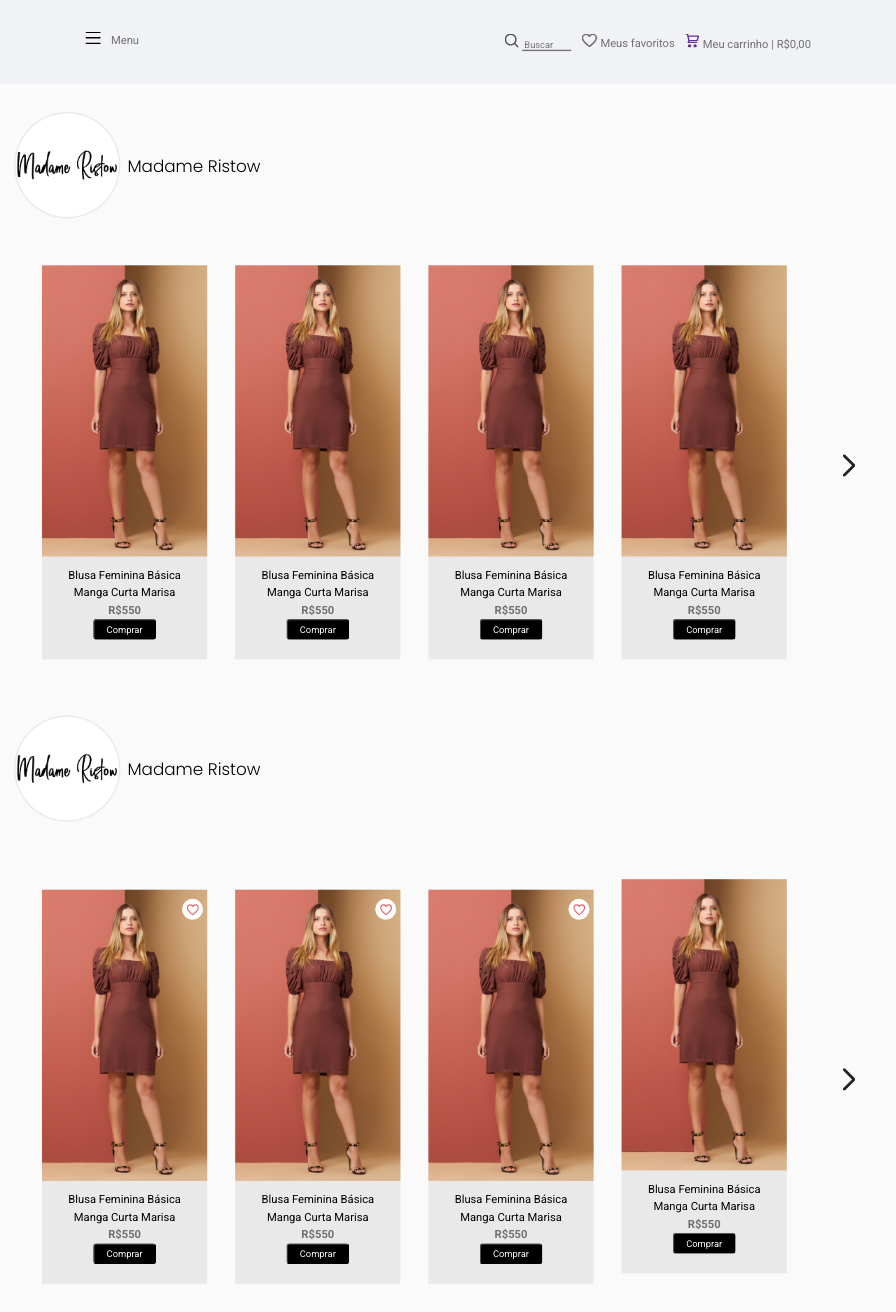
Repository: gutobarbosa/FrontEndLojaVirtual
Page: /
These files come from the project's save history. The page is drawn as it stood at one moment and after the next save; the edit follows.
The browser window is 1280 px wide. The pictures show the whole page, at 70% of full size.
The project was rebuilt for these pictures with package versions that can differ from the ones it lists, and the page was loaded fresh each time. Also part of the build but not shown: src/pages/Repository/styles.ts, src/services/api.ts, src/pages/Repository/index.tsx.

Above is the page before, as saved 2020-11-22 00:11:47.

### public/index.html
<!DOCTYPE html>
<html lang="en">
  <head>
    <meta charset="utf-8" />
    <meta name="viewport" content="width=device-width, initial-scale=1" />
    <meta name="theme-color" content="#000000" />

    <title></title>
    <link href="https://fonts.googleapis.com/css2?family=Roboto:wght@400;700&display=swap" rel="stylesheet">
    <link rel="preconnect" href="https://fonts.gstatic.com">
    <link rel="preconnect" href="https://fonts.gstatic.com">
<link href="https://fonts.googleapis.com/css2?family=Poppins:ital,wght@0,300;0,400;1,200&display=swap" rel="stylesheet">
</head>
  <body>
    <noscript>You need to enable JavaScript to run this app.</noscript>
    <div id="root"></div>

  </body>
</html>

### src/App.tsx
import React from 'react';
import { BrowserRouter as Router } from 'react-router-dom';

import Routes from './routes';

import GlobalStyle from '../src/styles/global';

const App: React.FC = () => (
  <>
    <GlobalStyle />
    <Router>
      <Routes />
    </Router>
  </>
);

export default App;

### src/routes/index.tsx
import React from 'react';
import {Switch, Route} from 'react-router-dom';

import Dashboard from '../pages/Dashboard';
import Repository from '../pages/Repository';

// rota da url, nesse caso a nossa rota atual é a raiz então vai apenas a / e o componente é que sera acessado através desse endereço url
const Routes: React.FC = () =>{
    return (
        <Switch>
            <Route path="/" exact component={Dashboard} />
            <Route path="/repositories/:repository+" component={Repository} />
        </Switch>
    );
}

export default Routes;

### src/styles/global.ts
import { createGlobalStyle } from 'styled-components';

export default createGlobalStyle`
  * {
    margin: 0;
    padding: 0;
    outline: 0;
    box-sizing: border-box;
  }

  body {
    background: #FAFAFA ;
    -webkit-font-smoothing: antialiased

  }

  body, input, button {
    font-family: 'Roboto', sans-serif;
    max-width: 1500vw;
  }

  button {
    cursor: pointer;
  }
`;

### src/pages/Dashboard/index.tsx
/* eslint-disable no-undef */

import React from "react";
import { Container, ContainerProducts } from "./styles";
import lefticon from '../../assets/avatar 152 x 152px.png';
import productimage from '../../assets/image-product.png';
import arrownext from '../../assets/arrowNext.svg';
import iconheart from '../../assets/iconHeart.svg';

import Header from '../../components/Header';

//import { Container, CardContainer, Card, TableContainer } from './styles';

const Dashboard: React.FC = () => {

  return (
    <>
    <Header/>
    <Container>
    <img src={lefticon} alt="Hamburguer" />
    <h3>Madame Ristow</h3>
    </Container>
    <ContainerProducts>
        <div className="productBox">
            <div className="productImage">
            <img src={productimage} alt="Product" />
            </div>
            <div className="productinformation">
            <p>Blusa Feminina Básica Manga Curta Marisa<br/></p>
                <p className ="bold">R$550 <br/></p>
                <div className="buttonBuy">
                    <button>Comprar</button>
                </div>
            </div>
        </div>
        <div className="productBox">
            <div className="productImage">
            <img src={productimage} alt="Product" />
            </div>
            <div className="productinformation">
            <p>Blusa Feminina Básica Manga Curta Marisa<br/></p>
                <p className ="bold">R$550 <br/></p>
                <div className="buttonBuy">
                    <button>Comprar</button>
                </div>
            </div>
        </div>
        <div className="productBox">
            <div className="productImage">
            <img src={productimage} alt="Product" />
            </div>
            <div className="productinformation">
            <p>Blusa Feminina Básica Manga Curta Marisa<br/></p>
                <p className ="bold">R$550 <br/></p>
                <div className="buttonBuy">
                    <button>Comprar</button>
                </div>
            </div>
        </div>
        <div className="productBox">
            <div className="productImage">
            <div>
            <img src={productimage} alt="Product" />
            </div>

            </div>
            <div className="productinformation">
                <p>Blusa Feminina Básica Manga Curta Marisa<br/></p>
                <p className ="bold">R$550 <br/></p>
                <div className="buttonBuy">
                    <button>Comprar</button>
                </div>
            </div>
        </div>
        <div className="arrowNext">
            <img src={arrownext} alt="arrownext" />
        </div>
    </ContainerProducts>

    <Container>
    <img src={lefticon} alt="Hamburguer" />
    <h3>Madame Ristow</h3>
    </Container>
    <ContainerProducts>
        <div className="containerBox">
            <div className="heart">
                <img src={iconheart} alt="Product" />
            </div>
            <div className="productBox">
                <div className="productImage">
                <img src={productimage} alt="Product" />
                </div>
                <div className="productinformation">
                <p>Blusa Feminina Básica Manga Curta Marisa<br/></p>
                    <p className ="bold">R$550 <br/></p>
                    <div className="buttonBuy">
                        <button>Comprar</button>
                    </div>
                </div>
            </div>
        </div>
        <div className="containerBox">
            <div className="heart">
                <img src={iconheart} alt="Product" />
            </div>
            <div className="productBox">
                <div className="productImage">
                <img src={productimage} alt="Product" />
                </div>
                <div className="productinformation">
                <p>Blusa Feminina Básica Manga Curta Marisa<br/></p>
                    <p className ="bold">R$550 <br/></p>
                    <div className="buttonBuy">
                        <button>Comprar</button>
                    </div>
                </div>
            </div>
        </div>
        <div className="containerBox">
            <div className="heart">
                <img src={iconheart} alt="Product" />
            </div>
            <div className="productBox">
                <div className="productImage">
                <img src={productimage} alt="Product" />
                </div>
                <div className="productinformation">
                <p>Blusa Feminina Básica Manga Curta Marisa<br/></p>
                    <p className ="bold">R$550 <br/></p>
                    <div className="buttonBuy">
                        <button>Comprar</button>
                    </div>
                </div>
            </div>
        </div>
        <div className="productBox">
            <div className="productImage">
            <div>
            <img src={productimage} alt="Product" />
            </div>

            </div>
            <div className="productinformation">
                <p>Blusa Feminina Básica Manga Curta Marisa<br/></p>
                <p className ="bold">R$550 <br/></p>
                <div className="buttonBuy">
                    <button>Comprar</button>
                </div>
            </div>
        </div>
        <div className="arrowNext">
            <img src={arrownext} alt="arrownext" />
        </div>
    </ContainerProducts>
    </>
  );
};

export default Dashboard;

### src/pages/Dashboard/styles.ts
import styled from 'styled-components';
/*
interface CardProps {
  total?: boolean;
}*/

export const Container = styled.div`
  width: 100%;
  max-width: 1600px;
  margin: 0 auto;
  padding: 40px 20px;
  display: flex;
  align-items: center;


    img {
        justify-content: flex-start;
    }

    h3 {
        color: black;
        margin-left: 10px;
        font-family: 'Poppins', sans-serif;
        font-size: 24px;
        font-weight: 300;
    }
`;
export const ContainerProducts = styled.div`
width: 100%;
max-width: 1600px;
margin: 0 auto;
padding: 40px 20px;
display: flex;
align-items: center;

    .heart {
        width: 30px;
        height: 30px;
        background-color: white;
        border-radius: 15px;
        position: relative;
        right: -240px;
        top: 30px;
        align-items: center;
        cursor: pointer;
    }
    .heart img {
        align-items: center;
        width: 17px;
        height: 17px;
        margin: 0 auto;
        position: relative;
        top: 7px;
        left: 7px;
    }
    .productBox {
        width: 236px;
        height: 550px;
        margin-left: 40px;
        background: #E9E9E9;
    }
    .productinformation {
        max-width: 250px;
        max-height: 150px;
    }
    .productImage{
        max-width: 236px;
        max-height: 416px;
    }
    .productImage img {
        width: 100%;
        height: 416px;
        margin-top: -13px;
    }

    .arrowNext {
        margin-left: 80px;
    }
    .productinformation{
        width: 200px;
        size: 20px;
        justify-content: center;
        margin: 0 auto;
        margin-top: 10px;
    }
    .productinformation p{
        text-align: center;
        line-height: 25px;
    }
    .buttonBuy {
        width: 100%;
        margin: 0 auto;
        text-align: center;
    }
    .productinformation button{
        background: black;
        color: white;
        width: 90px;
        height: 30px;
        border-radius: 5px;
        cursor: pointer;
    }

    .bold{
        color: #707070;
        font-weight: bold;
    }


`;

### src/components/Header/index.tsx
import React from 'react';

//import { Link } from 'react-router-dom';
import hamburguerBars from '../../assets/hamburguer.svg';
import searchicon from '../../assets/searchIcon.svg';
import favoriteicon from '../../assets/favoriteIcon.svg';
import mycaricon from '../../assets/mycarIcon.svg'
import { Container, ContainerHeader, ContentLeft, ContentRight } from '../Header/styles';




const Header: React.FC = () => (
  <Container>
    <ContainerHeader>
    <header>
      <ContentLeft>
        <div className="menuTotal">
          <img src={hamburguerBars} alt="Hamburguer" />
          <span className="menu">Menu</span>
        </div>
      </ContentLeft>
      <ContentRight>
        <div className="searchTotal">
          <img src={searchicon} alt="Hamburguer" />
          <input placeholder=" Buscar" type="text"/>
        </div>
        <div className="favoritesTotal">
          <img src={favoriteicon} alt="Favorite" />
          <span>Meus favoritos</span>
        </div>
        <div className="MycarTotal">
          <img src={mycaricon} alt="Mycar" />
          <span>Meu carrinho | R$0,00</span>
        </div>
      </ContentRight>
    </header>
    </ContainerHeader>
  </Container>
);

export default Header;

### src/components/Header/styles.ts
import styled from 'styled-components';
/*
interface ContainerProps {
  size?: 'small' | 'large';
}*/

export const Container = styled.div`
  background: #F0F2F5;
  padding: 30px;
  width: 100%;

  header {
    height: 60px;
    margin: 0 auto;
    display: flex;
    align-items: center;
    justify-content: space-between;
  }

  span {
    color: #707070;
    text-align: left;
    opacity: 1;
    margin-left: 25px;
    cursor: pointer;
  }
  .menu{
    margin-left: 10px;

  }
  input {
    border-left: 0px solid black;
    border-right: 0px solid black;
    border-top: 0px solid black;
    width: 70px;
    background: #F0F2F5;
  }

   img {
    margin-right: 5px;
   }

   .menuTotal{
     width:100px;
     height:30px;
     cursor:pointer;
   }

   .menuTotal:hover{
    opacity: 0.5;
  }
`;

export const ContainerHeader = styled.div`
width: 85%;
margin: 0 auto;
`;


export const ContentLeft = styled.div`

`;

export const ContentRight = styled.div`
  display: flex;
  margin-left: 20px;
  .favoritesTotal img {
        margin-right: -20px;
        margin-left: 15px
    }

    .favoritesTotal:hover{
        cursor:pointer;
        opacity: 0.7;
    }

    .MycarTotal img {
        margin-right: -20px;
        margin-left: 15px
    }

    .MycarTotal:hover{
        cursor:pointer;
        opacity: 0.7;
    }


`;

Loaded but not shown: src/index.tsx (common file)

After the next save:
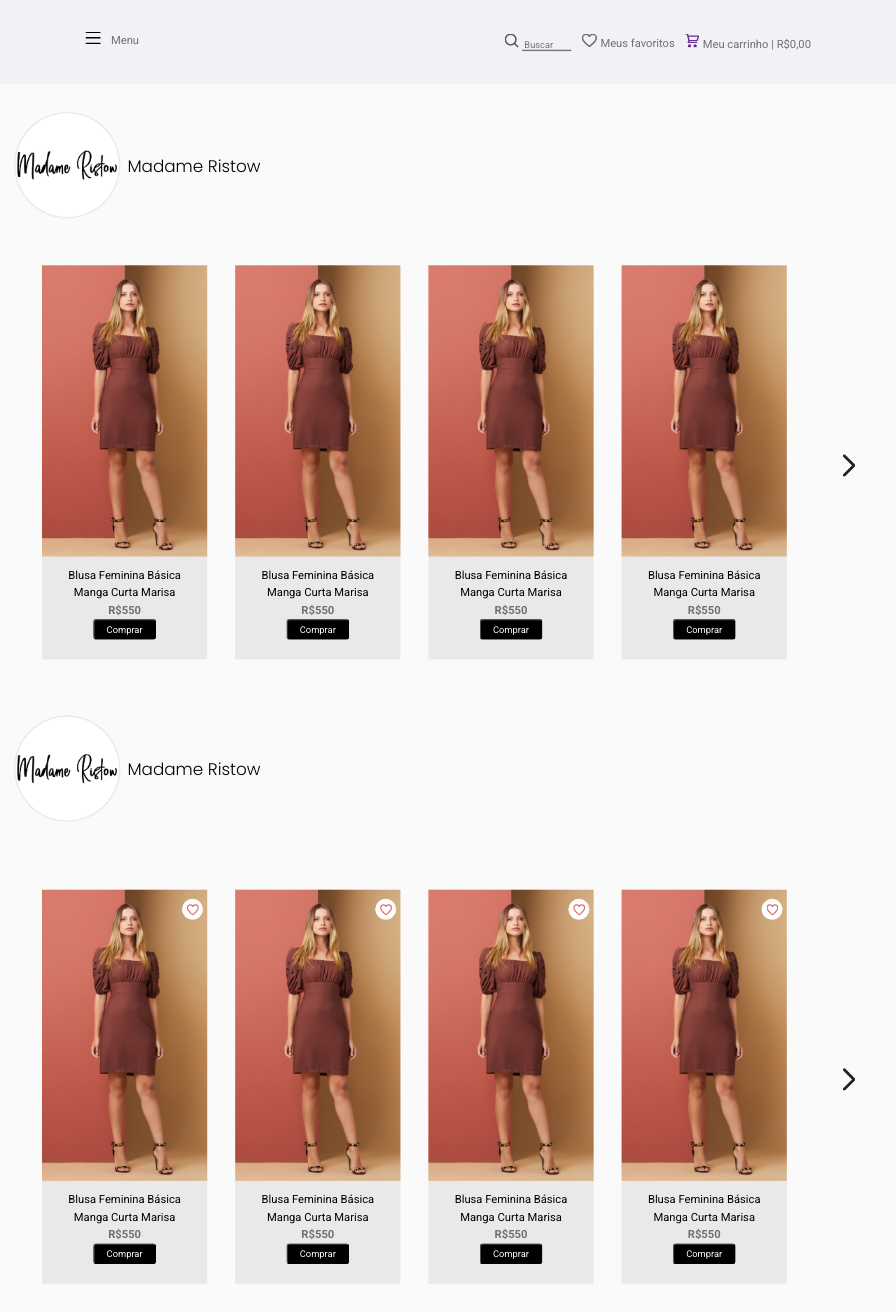
Saved 108 s later.
--- a/src/pages/Dashboard/index.tsx
+++ b/src/pages/Dashboard/index.tsx
@@ -133,18 +133,24 @@
                 </div>
             </div>
         </div>
-        <div className="productBox">
-            <div className="productImage">
-            <div>
-            <img src={productimage} alt="Product" />
+
+        <div className="containerBox">
+            <div className="heart">
+                <img src={iconheart} alt="Product" />
             </div>
+            <div className="productBox">
+                <div className="productImage">
+                <div>
+                <img src={productimage} alt="Product" />
+                </div>
 
-            </div>
-            <div className="productinformation">
-                <p>Blusa Feminina Básica Manga Curta Marisa<br/></p>
-                <p className ="bold">R$550 <br/></p>
-                <div className="buttonBuy">
-                    <button>Comprar</button>
+                </div>
+                <div className="productinformation">
+                    <p>Blusa Feminina Básica Manga Curta Marisa<br/></p>
+                    <p className ="bold">R$550 <br/></p>
+                    <div className="buttonBuy">
+                        <button>Comprar</button>
+                    </div>
                 </div>
             </div>
         </div>
